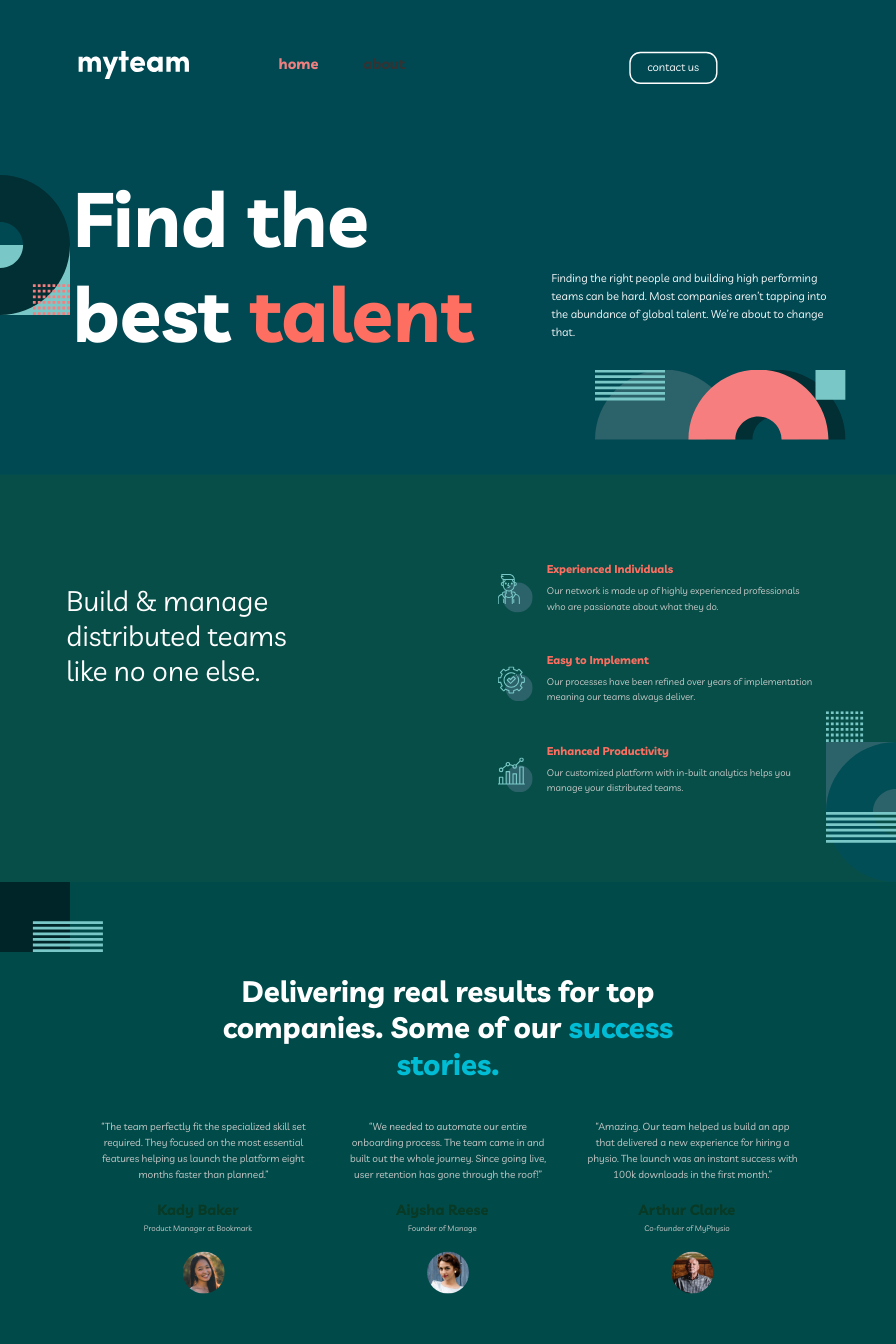
Repository: Gabriel221-dev/Project-page-main
Page: /
These files come from the project's save history. The page is drawn as it stood at one moment and after the next save; the edit follows.
The browser window is 1280 px wide. The pictures show the part of the page from y = 0 to 1920 px (the page is 2612 px tall), at 70% of full size.
The project was rebuilt for these pictures with package versions that can differ from the ones it lists, and the page was loaded fresh each time. Also part of the build but not shown: vite.config.js, src/pages/About.css, src/components/DirectorCard.css, src/components/DirectorCard.jsx, src/pages/About.jsx, src/pages/Contact.css, src/pages/Contact.jsx.

Above is the page before, as saved 2024-07-23 18:30:57.

### src/App.jsx
import { BrowserRouter as Router, Route, Routes } from "react-router-dom";
import Home from "./pages/Home";
import About from "./pages/About";
import Contact from "./pages/Contact";
import Header from "./components/Header";
import Footer from "./components/Footer";
import "./styles/global.css";

const App = () => {
  return (
    <Router>
      <Header />
      <main>
        <Routes>
          <Route path="/" element={<Home />} />
          <Route path="/about" element={<About />} />
          <Route path="/contact" element={<Contact />} />
        </Routes>
      </main>
      <Footer />
    </Router>
  );
};

export default App;

### src/components/Header.jsx
import { useState } from "react";
import { NavLink } from "react-router-dom";
import { FaBars } from "react-icons/fa";
import Sidebar from "./Sidebar";
import "./Header.css";
import { IconContext } from "react-icons";

const Header = () => {
  const [isSidebarToggled, setSidebarToggled] = useState(false);

  const handleToggle = () => {
    setSidebarToggled((prev) => !prev);
  };

  return (
    <>
      <IconContext.Provider value={{ color: "#fff" }}>
        <header className="header">
          <nav className="header__nav">
            <NavLink className="header__brand" to="/">
              <img
                className="header__logo"
                src="/Imagez/logo.svg"
                alt="Logo"
                loading="eager"
                width="160"
              />
            </NavLink>

            <ul className="header__navigation">
              <li className="header__link">
                <NavLink
                  className={({ isActive }) =>
                    isActive
                      ? "header__anchor header__anchor--active"
                      : "header__anchor"
                  }
                  to="/"
                >
                  home
                </NavLink>
              </li>
              <li className="header__link">
                <NavLink
                  className={({ isActive }) =>
                    isActive
                      ? "header__anchor header__anchor--active"
                      : "header__anchor"
                  }
                  to="/about"
                >
                  about
                </NavLink>
              </li>

              <NavLink className="header__btn" to="/contact">
                contact us
              </NavLink>
            </ul>

            <button
              className="header__menu"
              title="Toggle Menu"
              onClick={handleToggle}
            >
              <FaBars />
            </button>
          </nav>
          <Sidebar isOpen={isSidebarToggled} onToggle={handleToggle} />
        </header>
      </IconContext.Provider>
    </>
  );
};

export default Header;

### src/styles/global.css
@import url('https://fonts.googleapis.com/css2?family=Livvic:ital,wght@0,400;0,500;0,600;0,700;1,400;1,500;1,600;1,700&display=swap');/* Reset some default browser styles */
* {
    margin: 0;
    padding: 0;
    box-sizing: border-box;
  }

  body {
    font-family: "Livvic", sans-serif;
    line-height: 1.6;
    color: #333;
    background-color: #004953;
    margin: 0;
    padding: 0;
  }

  /* Headings */
  h1, h2, h3, h4, h5, h6 {
    margin-bottom: 1rem;
    line-height: 1.25;
  }

  h1 {
    font-size: 2.5rem;
  }

  h2 {
    font-size: 2rem;
  }

  h3 {
    font-size: 1.75rem;
  }

  h4 {
    font-size: 1.5rem;
  }

  h5 {
    font-size: 1.25rem;
  }

  h6 {
    font-size: 1rem;
  }

  /* Paragraphs */
  p {
    margin-bottom: 1rem;
  }

  /* Links */
  a {
    color: #007BFF;
    text-decoration: none;
  }

  a:hover {
    text-decoration: underline;
  }

  /* Images */
  img {
    max-width: 100%;
    height: auto;
  }

  /* Forms */
  input, textarea, button {
    font-family: inherit;
    font-size: inherit;
  }

  input, textarea {
    width: 100%;
    padding: 0.5rem;
    margin-bottom: 1rem;
    border: 1px solid #ccc;
    border-radius: 4px;
  }

  button {
    padding: 0.5rem 1rem;
    background-color: #007BFF;
    color: #fff;
    border: none;
    border-radius: 4px;
    cursor: pointer;
  }

  button:hover {
    background-color: #0056b3;
  }

  /* Utility Classes */
  .container {
    max-width: 1200px;
    margin: 0 auto;
    padding: 0 1rem;
  }

  .text-center {
    text-align: center;
  }

  .mt-1 {
    margin-top: 1rem;
  }

  .mb-1 {
    margin-bottom: 1rem;
  }

  .mt-2 {
    margin-top: 2rem;
  }

  .mb-2 {
    margin-bottom: 2rem;
  }

  .mt-3 {
    margin-top: 3rem;
  }

  .mb-3 {
    margin-bottom: 3rem;
  }

  .mt-4 {
    margin-top: 4rem;
  }

  .mb-4 {
    margin-bottom: 4rem;
  }

  .mt-5 {
    margin-top: 5rem;
  }

  .mb-5 {
    margin-bottom: 5rem;
  }

### src/components/ContactBanner.jsx
import { Link } from "react-router-dom";
import "./ContactBanner.css";

const ContactBanner = () => {
  return (
    <div className="banner">
      <div className="banner__content">
        <h1 className="banner__title">Ready to get started?</h1>
        <Link to="/contact" className="banner__btn">
          contact us
        </Link>
      </div>
    </div>
  );
};

export default ContactBanner;

### src/pages/Home.css
/* Variables */
:root {
    --midnight-green: #004d40;
    --light-coral: #ff6f61;
    --rapture-blue: #00bcd4;
    --deep-jungle-green: #002b22;
    --sacramento-state-green: #003b36;
  }

  /* Main styles */
  /* .home {
    padding: 10px;
  } */

  .find {

    display: flex;
    align-items: center;
    justify-content: center;
    padding: 50px 0;
    position: relative;
    background-image: url('/Imagez/bg-pattern-home-1.svg');
    background-repeat: no-repeat;
    background-position: left -100px top 56px;
  }

  @media only screen and (max-width: 768px) {
    .find {
      background-image: none;
    }
  }

  .find__content {
    display: flex;
    flex-direction: row;
    align-items: center;
    justify-content: center;
    text-align: left;
    color: white;
    background-image:url('/Imagez/bg-pattern-home-2.svg');
    background-repeat: no-repeat;
    background-position: right bottom ;
  }

  @media only screen and (max-width: 768px) {
    .find__content {
      flex-direction: column;
    }
  }

  .find__title {
    font-size: 6.8rem;
    margin-bottom: 4rem;
    padding-left: 2rem;
    padding-bottom: 3rem;
    flex: 1;
    max-width: 700px;
  }

  @media only screen and (max-width: 768px) {
    .find__title {
      text-align: center;
      margin: 0 auto;
      font-size: 2rem;
    }
  }

  .find__title--coral {
    color: var(--light-coral);
  }

  .find__description {
    font-size: 1rem;
    padding: 2rem 0.5rem;
    margin: 1rem 0.5rem;
    max-width: 420px;
    flex: 1;
  }

  @media only screen and (max-width: 768px) {
    .find__description {
      text-align: center;
      margin: 0 auto;
      font-size: 1rem;
    }
  }

  .build {
    background-color: #064e47;
    padding: 50px 0;
    display: flex;
    height: 100%;
    align-items: center;
    justify-content: center;
    position: relative;
    background-image: url('/Imagez/bg-pattern-home-3.svg');
    background-repeat: no-repeat;
    background-position: right -100px bottom;
  }

  @media only screen and (max-width: 768px) {
    .build {
      background-position: right -100px top;
      flex-direction: column;
    }
  }

  .build__content {
    display: flex;
    flex-direction: row;
    align-items: flex-start;
    justify-content: space-between;
    max-width: 1200px;
    width: 100%;
    margin-top: 1rem;
    padding: 1.8rem;
  }

  @media only screen and (max-width: 768px) {
    .build__content {
      flex-direction: column;
    }
  }

  .build__title {
    font-size: 2.5rem;
    font-weight: bold;
    color: #fff;
    margin: 10px -24px;
    flex: 1;
    max-width: 420px;
    padding: 50px;
    text-align: left;
    font-weight: 200;
  }

  @media only screen and (max-width: 768px) {
    .build__title {
      margin-bottom: 20px;
      text-align: left;
      padding: 1rem;
      width: 250px;
      font-size: 2rem;
      text-align: left;
      justify-content: flex-start;
    }
  }

  .build__items {
    font-size: 0.5rem;
    display: flex;
    flex-direction: column;
    flex: 1;
    margin: 10px 50px;
    max-width: 450px;
  }

  @media only screen and (max-width: 768px) {
    .build__items {
      max-width: 100%;
    }
  }

  .build__item {
    display: flex;
    align-items: center;
    margin: 20px 0;
    text-align: left;
  }

  @media only screen and (max-width: 768px){
    .build__item{
      flex-direction: column;
      align-items: center;
    }
  }

  .build__icon {
    width: 50px;
    margin-right: 20px;

  }

  @media only screen and (max-width: 768px) {
    .build__icon {
      margin-bottom: 10px; /* Space between icon and text */
    }
  }

  .build__text h3 {
    font-size: 1rem;
    color: #ff6f61;
    font-weight: bold;
    margin-bottom: 10px;
  }

  @media screen and (max-width:768px){
    .build__text h3{
      padding: 1rem;
      font-size: 1rem;
      text-align: center;

    }
  }

  .build__text p {
    font-size: 0.85rem;
    color: #ccc;
    margin-top: 0;
  }

  @media screen and (max-width:768px){
    .build__text p{
      padding-bottom: .5rem;
      font-size: .8rem;
      width: 340px;
      text-align: center;
    }
  }

  .delivering {
    background-color: #004b49;
    padding: 50px 0px;
    position: relative;
    background-image:url(/Imagez/bg-pattern-home-4-about-3.svg), url(/Imagez/bg-pattern-home-5.svg);
    background-repeat: no-repeat;
    background-position: left top, right bottom;
    width: auto;
  }

  .delivering__content {
    text-align: center;
    max-width: 1000px;
    margin: 0 auto;
    grid-column: center-start / center-end;
    grid-row: 2 / 3;
    display: grid;
    grid-template-rows: 140px repeat(2, auto) 140px;
  }

  @media only screen and (max-width: 768px) {
    .delivering__content {
      grid-template-rows: 100px repeat(2, auto) 100px;
    }
  }

  .delivering__title {
    font-size: 41.9px;
    font-weight: bold;
    color: #fff;
    text-align: center;
    max-width: 49.5rem;
    height: 170px;
    margin-left: auto;
    margin-right: auto;
    margin-top: 79px;
    /* background-color:greenyellow; */
  }

  @media only screen and (max-width: 768px) {
    .delivering__title {
      margin-top: 4.8rem;
      font-size: 1.9rem;
      display: block;
      max-width: 550px;
      margin-bottom: 60px;
      padding: 1.5rem;
    }
  }

  .delivering__title--rapture-blue {
    color: var(--rapture-blue);
  }

  .delivering__quotes {
    justify-content: center;
    grid-row: 3 / 4;
    display: grid;
    grid-template-columns: repeat(3, 1fr);
    column-gap: 3rem;
    margin-top: 2rem;
    height: 350px;
    max-width: 1000px;
    margin-top: 8rem;
  }

  @media only screen and (max-width: 768px) {
    .delivering__quotes {
      grid-template-columns: 1fr;
      grid-template-rows: repeat(3, min-content);
      column-gap: 0;
      row-gap: 2.5rem;
      padding: 2.5rem;
      margin-top: 6.8rem;
    }
  }

  .delivering__quote {
    text-align: center;
    display: flex;
    flex-direction: column;
    justify-content: space-between;
    height: 100%;
        margin-left: auto;
    margin-right: auto;
  }

  .delivering__quote p {
    font-size: .9rem;
    color: #ccc;
    display: -webkit-box;
    -webkit-box-orient: vertical;
    -webkit-line-clamp: 4;
    overflow: hidden;
    text-overflow: ellipsis;
    margin-top: 20px;
  }

  .delivering__quote h3 {
    font-size: 1.3rem;
    color: #083a26;
    margin:-8rem 2rem -3rem 1rem;
  }

  .delivering__quotes .name__tag {
    font-size: .7rem;
    margin:-5rem 1rem -2rem 0rem;
  }

  .delivering__quote img {
    width: 60px;
    height: 60px;
    border-radius: 50%;
    align-self: center;
    margin: -5rem 0rem 5rem 0rem ;
  }


  @media only screen and (max-width: 768px) {
    .delivering__quotes {
      grid-template-columns: 1fr;
      grid-template-rows: repeat(3, min-content);
      column-gap: 0;
      row-gap: 2.5rem;
      padding: 2.5rem;
      height: auto
    }

    .delivering__quote {
      height: auto; /* Adjust height for smaller screens */
    }

    .delivering__quote p {
      -webkit-line-clamp: 3; /* Limits the text to 3 lines on smaller screens */
    }

    .delivering__quote h3, p{
      margin: .5rem;
    }

    .delivering__quote .name__tag{
      margin: -4px;
    }

    .delivering__quote img{
      margin: 15px;
    }
  }

### src/components/Sidebar.jsx
import PropTypes from "prop-types";
import { useNavigate } from "react-router-dom";
import { AiOutlineClose } from "react-icons/ai";
import "./Sidebar.css";
import { IconContext } from "react-icons";

const Sidebar = ({ isOpen, onToggle }) => {
  const navigate = useNavigate();

  const handleNavigate = (path) => {
    navigate(path);
    onToggle();
  };

  return (
    <IconContext.Provider value={{ color: "#fff" }}>
      <div className={`sidebar ${isOpen ? "sidebar--open" : ""}`}>
        <div className="sidebar__overlay" onClick={onToggle}></div>
        <div className="sidebar__content">
          <div className="sidebar__header">
            <button
              className="sidebar__close"
              title="Close Menu"
              onClick={onToggle}
            >
              <AiOutlineClose />
            </button>
          </div>

          <ul className="sidebar__navigation">
            <li className="sidebar__link">
              <button
                className="sidebar__anchor"
                onClick={() => handleNavigate("/")}
              >
                home
              </button>
            </li>
            <li className="sidebar__link">
              <button
                className="sidebar__anchor"
                onClick={() => handleNavigate("/about")}
              >
                about
              </button>
            </li>
          </ul>

          <button
            className="sidebar__btn"
            onClick={() => handleNavigate("/contact")}
          >
            contact us
          </button>
        </div>
      </div>
    </IconContext.Provider>
  );
};

Sidebar.propTypes = {
  isOpen: PropTypes.bool.isRequired,
  onToggle: PropTypes.func.isRequired,
};

export default Sidebar;

### src/components/Header.css
.header {
    background-color: #004953;
    height: 194px;
    display: flex;
    justify-content: space-between;
    align-items: center;
    padding: 1rem 7rem;
  }

  @media only screen and (max-width: 850px) {
    .header {
      height: 150px;
      /* background-color:red; */
      align-items:left;
    }
  }

  @media only screen and (max-width: 576px) {
    .header {
      height: 128px;
    }
  }

  .header__nav {
    /* display: flex;
    align-items: center;
    gap: 8rem; */
    grid-column: center-start / center-end;
    display: grid;
    grid-template-columns: max-content 1fr max-content;
    align-items: center;
    column-gap: 8rem;

    @media only screen and (max-width: 768px) {
      column-gap: 4rem;
    }

    @media only screen and (max-width: 576px) {
        grid-template-columns: repeat(2, 1fr);
        column-gap: 0;
    }
  }

  .header__logo {
    max-width: 158px;

    @media only screen and (max-width: 768px) {
      margin-right: 14rem;
      margin-left: -5rem;
    }
  }

  .header__navigation {
    list-style: none;
    display: flex;
    margin: 0;
    padding: 0;
    text-decoration: none;

    @media only screen and (max-width: 820px) {
      display: none;
    }
  }

  .header__link {
    margin-right: 4rem;
    text-decoration: none;
  }

  /* .header:last-child {
    margin-right: 0;
  } */

  .header__anchor {
    font-size: 1.3rem;
    text-decoration: none;
    color: #333;
    font-weight: bold;
  }

  .header__anchor:hover{
    text-decoration: none;
  }

  .header__anchor--active {
    color: #f08080;
}

  .header__btn {
    background-color: transparent;
    border: 2px solid #fff;
    border-radius:16px;
    color: #fff;
    padding: 0.5rem 1.5rem;
    margin-left: 16rem;
    text-decoration: none;
    display: inline-block;
    cursor: pointer;
    justify-self: end;

    @media only screen and (max-width: 820px) {
      display: none;
    }
  }

  .header__btn:hover{
    background-color:white;
    color:#004953;
    text-decoration: none;
    border-radius:16px;
    transform: scale(1.05);
    transition: transform 0.6s ease-in-out, border-bottom 0.6s ease;
  }

  .header__menu {
    display: none;

    @media only screen and (max-width: 820px) {
      display: flex;
      width: 50px;
      height: 28px;
      padding: .1rem;
      border: 0;
      outline: 0;
    }
  }

  .header__menu:hover{
    background:none;
  }

### src/components/ContactBanner.css
.banner {
    background-color: #f08080;
    height: 200px;
    display: grid;
    column-gap: 3rem;
    align-items: center;
    align-content: center;
    background-image:url(/Imagez/bg-pattern-home-6-about-5.svg);
    background-repeat: no-repeat;
    background-position: left bottom;

    @media only screen and (max-width: 768px) {
      height: 302px;
    }
  }

  .banner__content {
    grid-column: 2 / 10;
    display: grid;
    grid-template-columns: repeat(12, 1fr);
    align-items: center;
    grid-column: center-start / center-end;
    column-gap: 3rem;

    @media only screen and (max-width: 768px) {
      grid-template-rows: repeat(2, min-content);
      grid-template-columns: 1fr;
      column-gap: 0;
      row-gap: 2.4rem;
      text-align: center;
    }
  }

  .banner__title {
    color: #1b4332;
    margin: 1rem;
    grid-column:1 / 7;


    @media only screen and (max-width: 768px) {
      grid-column: 2 / 9;
    }

    @media only screen and (max-width: 480px) {
      grid-column: 1 / 2;
    }
  }

  .banner__btn {
    grid-column: 10 / -1;
    background-color: green;
    color: #ffffff;
    margin: 1rem;
    border-radius: 1rem;
    padding-left: 3.5rem;


    @media only screen and (max-width: 768px) {
        grid-column: 9 / -1;
      margin: auto;
      padding: .5rem;
    }
  }

  /* New styles for mobile layout */
  @media only screen and (max-width: 480px) {
    .banner__content {
      grid-template-columns: auto; /* Remove explicit row heights */
      text-align: center; /* Center align content on smaller screens */
    }

    .banner__title {
      grid-column: 1 / -1; /* Span across all columns */
      margin-bottom: 1rem; /* Add space between title and button */
    }
  }

### src/components/Sidebar.css
.sidebar {
    display: none;
    width: 100%;
    height: 100%;
    position: fixed;
    top: 0;
    left: 0;
    z-index: 100;
    transition: all 0.3s ease;
  }

  .sidebar--open {
    display: grid;
    grid-template-columns: 1fr min-content;
  }

  .sidebar__overlay {
    grid-column: 1 / -1;
    grid-row: 1 / 2;
    background-color: rgba(0, 0, 0, 0.5);
    transition: background-color 0.3s ease;

  }

  .sidebar__content {
    grid-column: 2 / 3;
    grid-row: 1 / 2;
    background-color: #194c4c;
    width: 250px;
    display: grid;
    grid-template-rows: 128px repeat(2, min-content);
    grid-template-columns: 48px 1fr 25px;
    transition: width 0.3s ease;
    background-image: url(/Imagez/bg-pattern-about-1-mobile-nav-1.svg);
    background-repeat: no-repeat;
    background-position: right -100px bottom;
    transition: width .4s ease;

  }

  .sidebar__header {
    grid-column: 2 / 3;
    justify-self: end;
    align-self: center;
  }

  .sidebar__close {
    background-color:#194c4c ;
    width: 30px;
    border: 0;
    outline: 0;
  }

  .sidebar__close:hover{
    background-color:#194c4c;
  }

  .sidebar__navigation {
    grid-column: 2 / 3;
    list-style: none;
    margin: 0;
    padding: 0;
  }

  .sidebar__link {
    margin-bottom: 2.4rem;
  }

  .sidebar__anchor {
    font-size: 1.1rem;
    color: #fff;
    background: transparent;
    border: none;
    text-decoration: none;
    cursor: pointer;
  }

  .sidebar__anchor:hover{
    background:none;
  }

  .sidebar__btn {
    grid-column: 2 / 3;
    background-color: transparent;
    border: 1px solid #fff;
    color: #fff;
    padding: 0.5rem 1rem;
    text-decoration: none;
    display: inline-block;
    cursor: pointer;
    width: 159px;
  }

  .sidebar__btn:hover{
    background:white;
    color:#194c4c;
    transform: scale(1.05);
    transition: transform 0.3s ease-in-out, border-bottom 0.6s ease;
  }

  .sidebar--open .sidebar__overlay {
    background-color: rgba(0, 0, 0, 0.5);
  }

  .sidebar--open .sidebar__content {
    width: 250px;
  }

  @media (max-width: 768px) {
    .header__menu {
      display: grid;
      background-color: transparent;
      width: 24px;
      border: 0;
      outline: 0;
      justify-self: end;
      align-self: center;
      margin-left: auto;
    }
  }

Loaded but not shown: index.html (common file); src/main.jsx (common file); src/pages/Home.jsx (120 lines, source omitted); src/components/Footer.jsx (89 lines, source omitted); src/components/Footer.css (209 lines, source omitted)

After the next save:
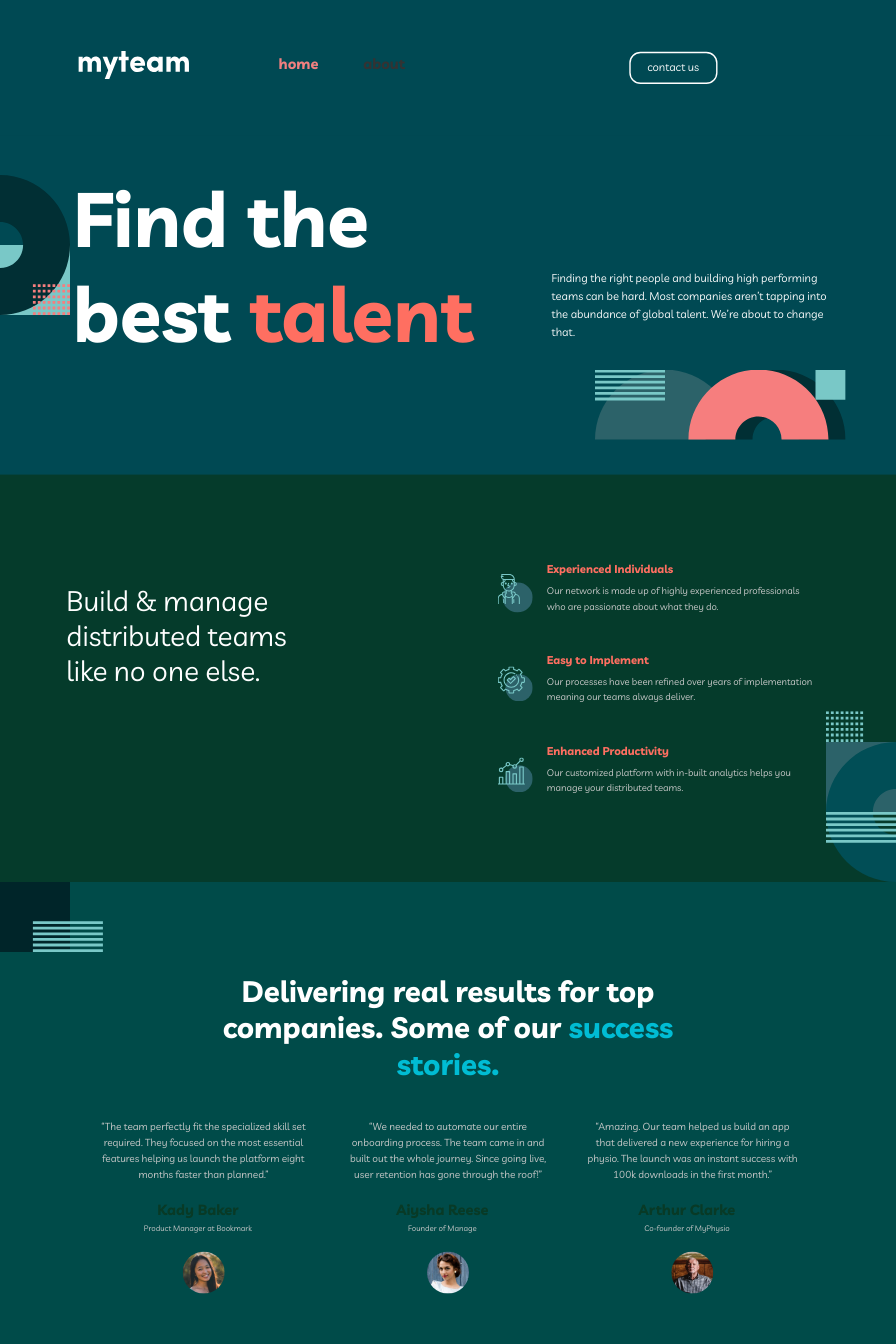
Saved 12 s later.
--- a/src/pages/Home.css
+++ b/src/pages/Home.css
@@ -86,7 +86,7 @@
   }
 
   .build {
-    background-color: #064e47;
+    background-color: #053b2b;
     padding: 50px 0;
     display: flex;
     height: 100%;
